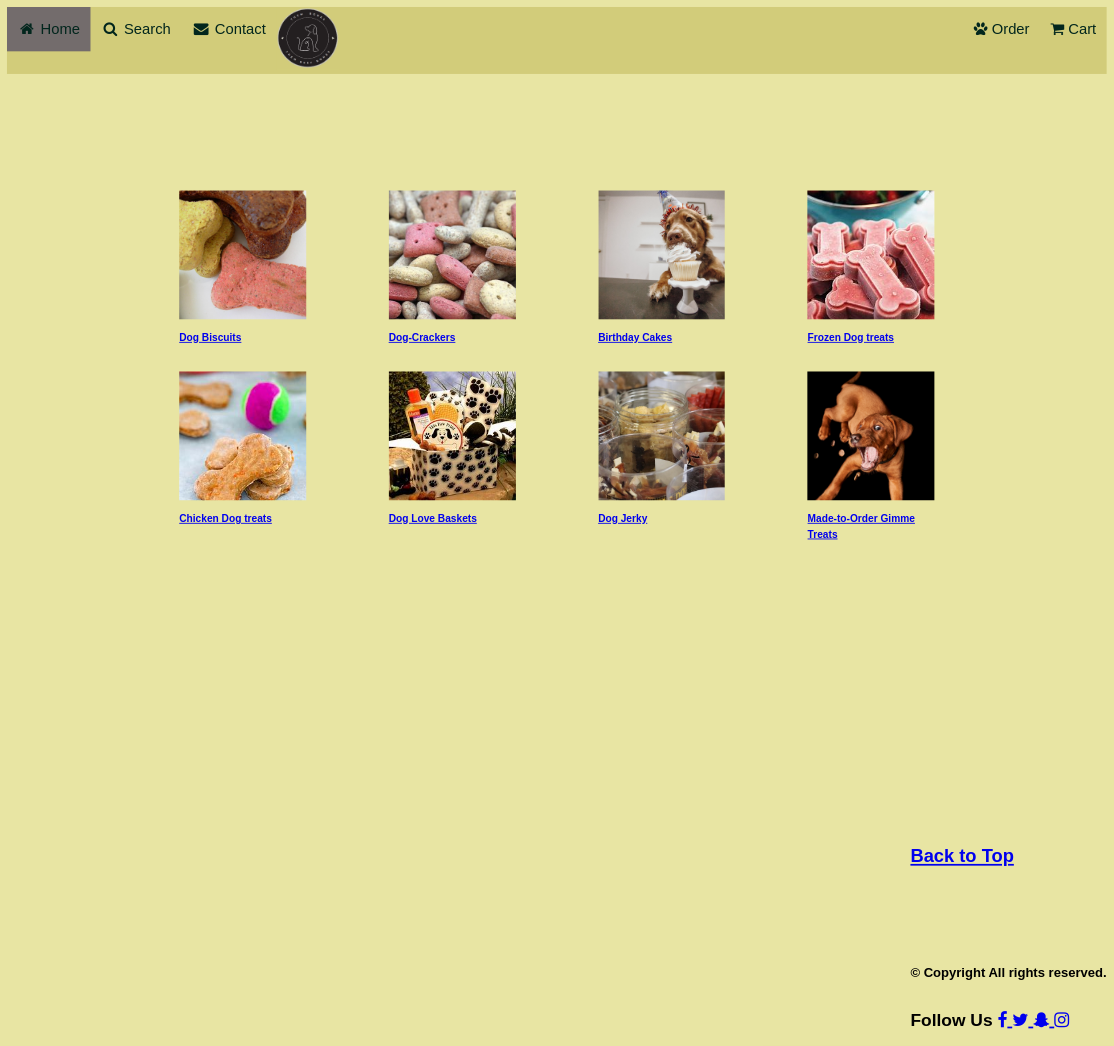
Repository: vgoins-RA2022/HTML-1
Page: index.html
The author's editor kept a copy of each file at every save. The page is drawn from the files as they stood at one save, then again after a run of saves.
The browser window is 1280 px wide. The pictures show the whole page, at 87% of full size.

Above is the page before, as saved 2023-01-21 18:36:44.

After the next 2 saves:
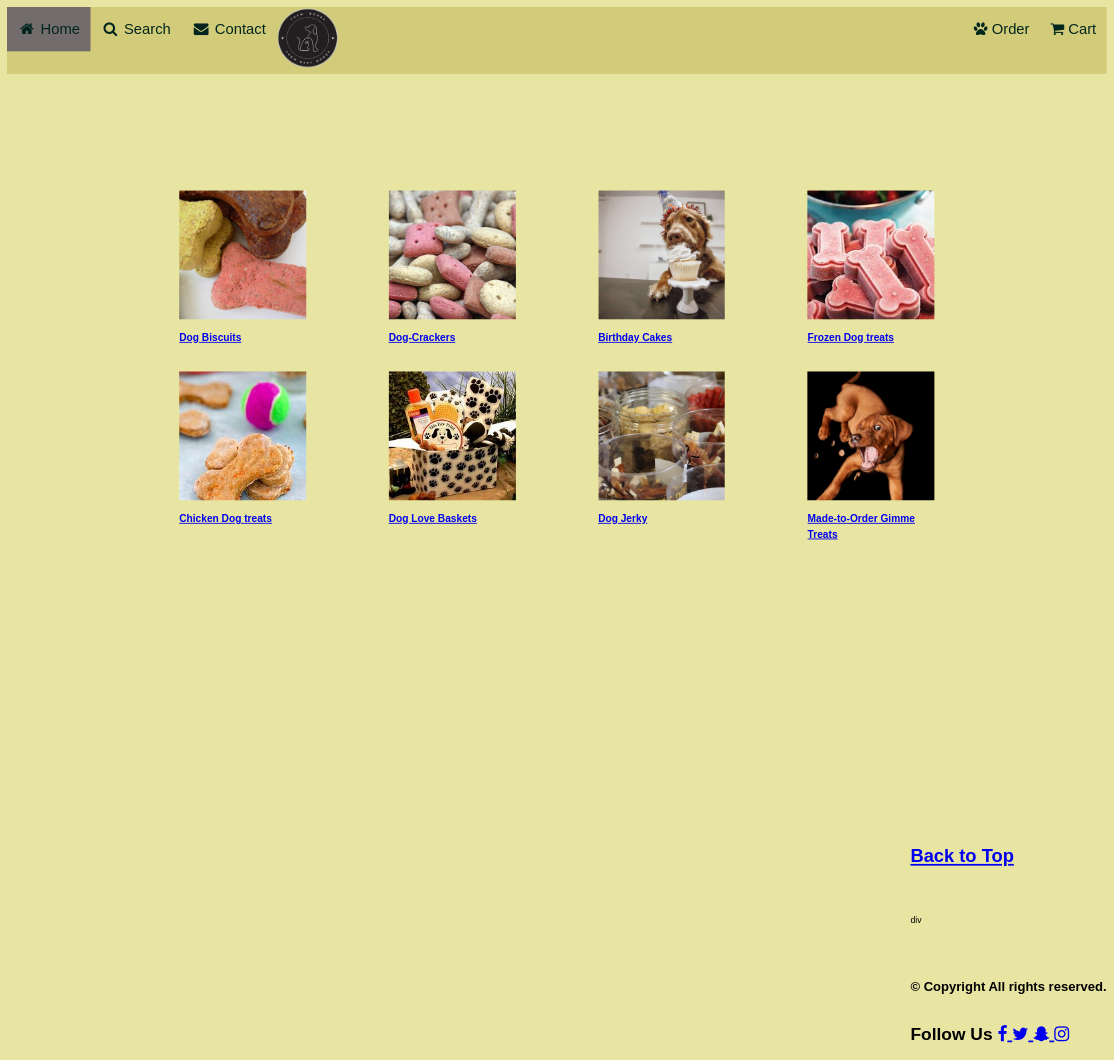
The 2 saves are shown as one change because they came seconds apart.
The last was saved 6 min 28 s later.
--- a/index.html
+++ b/index.html
@@ -86,6 +86,7 @@
 </body>
 
 <footer>
+  div
   <!-- setup top navigator bar in the footer of copywright and social media icons -->
   <div class="right"></div>
     <p class="copyright"> <h2>&copy; Copyright All rights reserved.</h2> </p>
